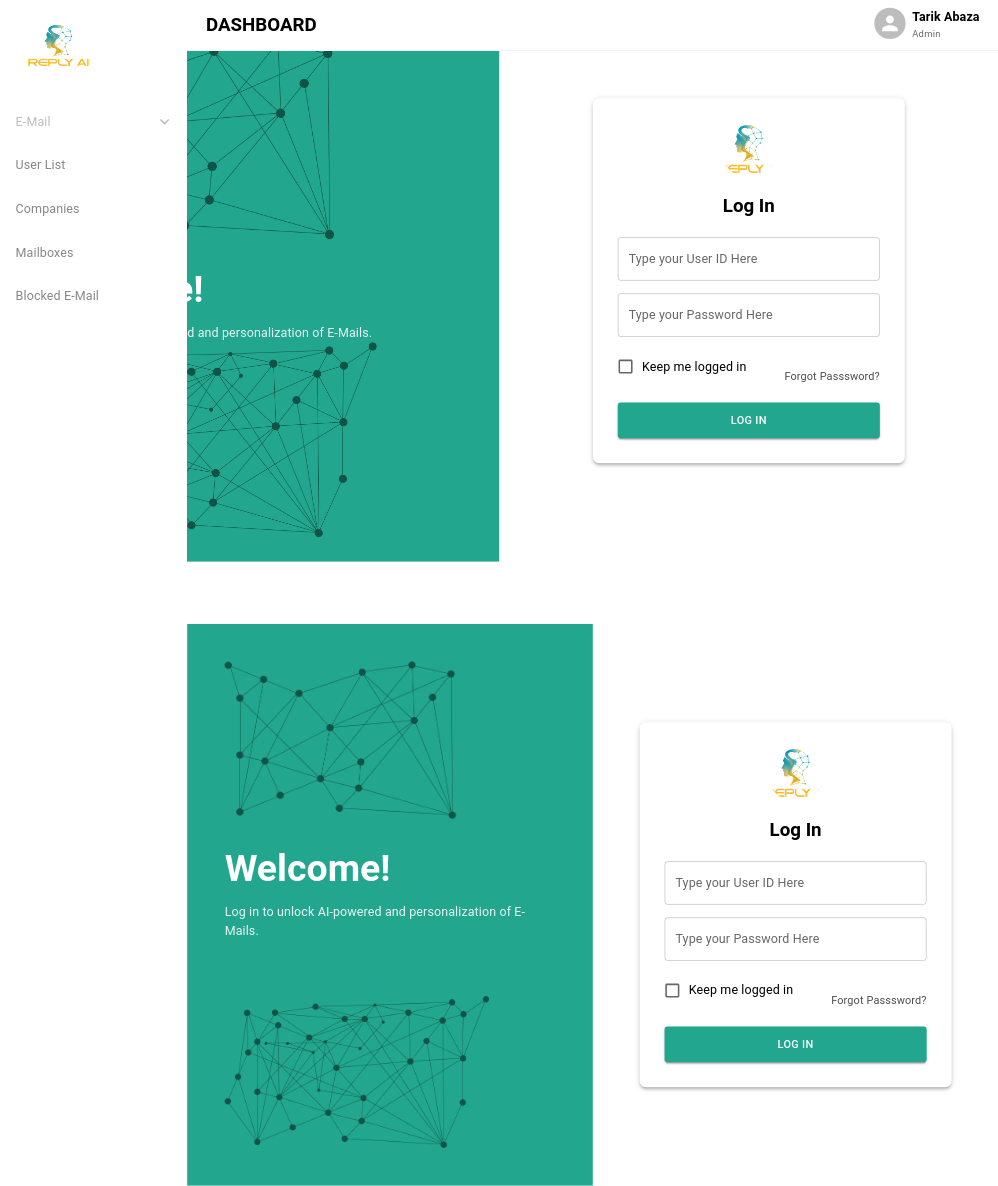
Repository: tsola2002/email-app
Page: /
An editor plug-in stored every save of this project. The page is shown before and after the next save, followed by the edit.
The browser window is 1280 px wide. The pictures show the whole page, at 78% of full size.
The project was rebuilt for these pictures with package versions that can differ from the ones it lists, and the page was loaded fresh each time. Also part of the build but not shown: vite.config.js, src/mail-features/MailPreview.jsx, src/mail-features/MailEditor.jsx, src/mail-features/MailToolBar.jsx, src/MailBox1.jsx, src/Mailboxes.jsx, src/components/CompanyList.jsx, src/Companies.jsx and 5 more.

Above is the page before, as saved 2025-11-26 00:58:43.

### src/main.jsx
import { StrictMode } from 'react'
import { createRoot } from 'react-dom/client'
import './index.css'
// import App from '../../email-app/src/App.jsx'
import App from './App.jsx'


createRoot(document.getElementById('root')).render(
  <StrictMode>
    <App />
  </StrictMode>,
)

### src/App.jsx
 import './App.css'
 import Layout from './Layout'
import { BrowserRouter } from "react-router-dom";
import CompanyList from "./components/CompanyList";
import AppRoutes from './AppRoutes';


function App() {

  return (
    <>
    <BrowserRouter>
      <AppRoutes/>
      <Layout/>
    </BrowserRouter>
    </>
  )
}

export default App

### src/App.css
* {
    box-sizing: border-box;
    transition: all 0.2s ease;
}

body {
    margin: 0;
}

### src/Layout.jsx
// src/components/Layout.jsx
import React, { useState } from "react";
import { Box, Drawer, AppBar, Toolbar, IconButton, Typography, Avatar } from "@mui/material";
import MenuIcon from "@mui/icons-material/Menu";
import { useTheme } from "@mui/material/styles";
import Sidebar from "./Sidebar";
import AppRoutes from "./AppRoutes";
import { useLocation } from "react-router-dom";

const drawerWidth = 240;

export default function Layout() {
  const [mobileOpen, setMobileOpen] = useState(false);
  const theme = useTheme();

  const handleDrawerToggle = () => {
    setMobileOpen(!mobileOpen);
  };

  const pageTitles = {
    "/email": "E-Mail",
    "/mailbox1": "Mailbox 1",
    "/mailbox2": "Mailbox 2",
     "/manualrespond": "Manual Respond To",
    "/users": "User List",
    "/companies": "Companies",
    "/mailboxes":
     "Mailboxes",
    "/blocked": "Blocked E-Mail"
  };

  const location = useLocation();
  const PageHeader = pageTitles[location.pathname] || "DASHBOARD ";

  return (
    <Box sx={{ display: "flex" }}>
      {/* ✅ HEADER */}
      <AppBar
        position="fixed"
        elevation={0}
        sx={{
          backgroundColor: "#fff",
          color: "#000",
          borderBottom: "1px solid #eee",
          width: { md: `calc(100% - ${drawerWidth}px)` },
          ml: { md: `${drawerWidth}px` },
        }}
      >
        <Toolbar>
          <IconButton
            onClick={handleDrawerToggle}
            sx={{ display: { md: "none" }, mr: 2 }}
          >

            <MenuIcon />
          </IconButton>
          <Typography variant="h5" sx={{ fontWeight: 'bold' }}>{PageHeader}</Typography>
          <Box sx={{ ml: "auto", display: "flex" }}>
            <Avatar />
            <Box sx={{ ml: 1 }}>
              <Typography variant="body1" fontWeight={600}>
                Tarik Abaza
              </Typography>
              <Typography variant="caption" color="text.secondary">
                Admin
              </Typography>
            </Box>
          </Box>
        </Toolbar>
      </AppBar>

      {/* ✅ SIDEBAR */}
      <Box
        component="nav"
        sx={{ width: { md: drawerWidth }, flexShrink: { md: 0 } }}
      >

        {/* Mobile Drawer (temporary) */}
        <Drawer
          variant="temporary"
          open={mobileOpen}
          onClose={handleDrawerToggle}
          ModalProps={{ keepMounted: true }}
          sx={{
            display: { xs: "block", md: "none" },
            "& .MuiDrawer-paper": { width: drawerWidth },
          }}
        >

          <Sidebar />
        </Drawer>

        {/* Desktop Drawer (persistent) */}
        <Drawer
          variant="permanent"
          open
          sx={{
            display: { xs: "none", md: "block" },
            "& .MuiDrawer-paper": {
              width: drawerWidth,
              borderRight: "1px solid #eee",
            },
          }}
        >
          <Sidebar />
        </Drawer>
      </Box>

      {/* ✅ MAIN CONTENT */}
      <Box
        component="main"
        sx={{ flexGrow: 1, mt: 10 }}
      >
        <AppRoutes />
      </Box>
    </Box>
  );
}

### src/AppRoutes.jsx
import { Routes, Route } from "react-router-dom";
import Mailbox1 from "./MailBox1";
import Mailboxes from "./Mailboxes";
import Companies from "./Companies";
import LoginPage from "./pages/LoginPage";
import ManualRespond from "./ManualRespond";
import ForgotPassword from "./pages/ForgotPassword";
import EmailDashboard from "./components/EmailDashboard";
import CouldNotRespond from "./CouldNotRespond";
import Companyview2 from "./Companyview2";
// import Mailbox2 from "./Mailbox2";
// import Users from "./Users";
// … your other pages

export default function AppRoutes() {
  return (
    <Routes>
      <Route path="/" element={<LoginPage />} />
      <Route path="/forgot-password" element={<ForgotPassword />} />

      <Route path="/mailbox1" element={<Mailbox1 />} />
      <Route path="/manualrespond" element={<ManualRespond/>} />
      {/* <Route path="/mailbox1" element={<Maunally_resp/>}/> */}

      <Route path="/mailboxes" element={<Mailboxes />} />
      <Route path="/companies" element={<Companies />} />
      <Route path="/email" element={<EmailDashboard />} />
      <Route path="/couldnotrespond" element={<CouldNotRespond/>}/>
      <Route path="/email" element={<Companyview2 />} />

      {/* <Route path="/mailbox2" element={<Mailbox2 />} />

      <Route path="/users" element={<Users />} />

      <Route path="/blocked" element={<Blocked />} /> */}
    </Routes>
  );
}

### src/Sidebar.jsx
import { Box, List, ListItemButton, ListItemText, Collapse } from "@mui/material";
import React, { useState, useEffect } from "react";
import logo from "./assets/image 1.png";
import { NavLink, useLocation } from "react-router-dom";
import ExpandLess from "@mui/icons-material/ExpandLess";
import ExpandMore from "@mui/icons-material/ExpandMore";

const menuItems = [
  {
    label: "E-Mail",
    path: "/email",
    children: [
      { label: "Mailbox 1", path: "/mailbox1" },
      { label: "Mailbox 2", path: "/mailbox2" },
      {label: "ManualRespond", path:"/manualRespond"}
    ]
  },
  { label: "User List", path: "/users" },
  { label: "Companies", path: "/companies" },
  { label: "Mailboxes", path: "/mailboxes" },
  { label: "Blocked E-Mail", path: "/blocked" }
];

function Sidebar() {
  const location = useLocation();
  const [emailOpen, setEmailOpen] = useState(false);

  useEffect(() => {
    if (location.pathname.startsWith("/mailbox")) {
      setEmailOpen(true);
    }
  }, [location.pathname]);

  return (
    <Box >
      {/* Logo */}
      <img src={logo} style={{ width: 150, padding: 30, height: 120 }} />

      <List>
        {menuItems.map((item) => {
          if (item.children) {
            const isParentActive = item.children.some((child) =>
              location.pathname.startsWith(child.path)
            );

            return (
              <Box key={item.label}>
                <ListItemButton
                  onClick={() => setEmailOpen(!emailOpen)}
                  sx={{
                    mb: 1,
                    backgroundColor: isParentActive ? "#D0F5E0" : "transparent",
                    borderLeft: isParentActive
                      ? "4px solid #00BD7E"
                      : "4px solid transparent",
                    color: isParentActive ? "#00BD7E" : "#bdbdbdff"
                  }}
                >
                  <ListItemText primary={item.label} />
                  {emailOpen ? <ExpandLess /> : <ExpandMore />}
                </ListItemButton>

                <Collapse in={emailOpen} timeout="auto" unmountOnExit>
                  <List component="div" disablePadding>
                    {item.children.map((child) => (
                      <NavLink
                        key={child.path}
                        to={child.path}
                        style={{ textDecoration: "none", color: "inherit" }}
                      >
                        {({ isActive }) => (
                          <ListItemButton
                            sx={{
                              ml: 3,
                              mr: 3,
                              pr: 10,
                              mb: 1,
                              borderRadius: "6px",
                              backgroundColor: isActive
                                ? "#D0F5E0"
                                : "transparent",
                              color: isActive ? "#00BD7E" : "#868686ff"
                            }}
                          >
                            <ListItemText primary={child.label} />
                          </ListItemButton>
                        )}
                      </NavLink>
                    ))}
                  </List>
                </Collapse>
              </Box>
            );
          }

          return (
            <NavLink
              key={item.path}
              to={item.path}
              style={{ textDecoration: "none", color: "inherit" }}
            >
              {({ isActive }) => (
                <ListItemButton
                  sx={{
                    mb: 1,
                    borderRadius: "6px",
                    backgroundColor: isActive ? "#D0F5E0" : "transparent",
                    borderLeft: isActive
                      ? "4px solid #00BD7E"
                      : "4px solid transparent",
                    color: isActive ? "#00BD7E" : "inherit"
                  }}
                >
                  <ListItemText primary={item.label} sx={{ color: isActive ? "inherit" : "#868686ff" }} />
                </ListItemButton>
              )}
            </NavLink>
          );
        })}

        <ListItemButton sx={{
          mt: 44,
          height: 44,
          borderRadius: "6px",
          borderLeft: "4px solid #00BD7E",
        }}>
        Log Out</ListItemButton>
      </List>
    </Box>
  );
}

export default Sidebar;

### src/pages/LoginPage.jsx
import React from "react";
import Box from "@mui/material/Box";
import LeftPanel from "../components/LeftPanel";
import LoginForm from "../components/LoginForm";

export default function LoginPage() {
  return (
    <Box
      sx={{
        display: "flex",
        height: "100vh",
      }}
    >
      {/* Left Side */}
      <Box sx={{ width: "50%" }}>
        <LeftPanel />
      </Box>

      {/* Right Side */}
      <Box
        sx={{
          width: "50%",
          display: "flex",
          justifyContent: "center",
          alignItems: "center",
          px: 4,
        }}
      >
        <LoginForm />
      </Box>
    </Box>
  );
}

### src/components/LeftPanel.jsx
import React from "react";
import Box from "@mui/material/Box";
import Typography from "@mui/material/Typography";

// Importing your images correctly
import topArt from "../assets/img1.png";
import bottomArt from "../assets/img2.png";

export default function LeftPanel() {
  return (
    <Box
      sx={{
        height: "100%",
        backgroundColor: "#22A78E",
        color: "#fff",
        display: "flex",
        flexDirection: "column",
        justifyContent: "space-between",
        p: 6,
      }}
    >
      <Box>
        {/* Top Artwork */}
        <Box
          component="img"
          src={topArt}
          alt="Top Artwork"
          sx={{ width: "70%", opacity: 1, filter: "brightness(0.5)" }}
        />

        <Typography variant="h3" sx={{ fontWeight: "bold", mt: 4 }}>
          Welcome!
        </Typography>

        <Typography variant="body1" sx={{ mt: 2, opacity: 0.9 }}>
          Log in to unlock AI-powered and personalization of E-Mails.
        </Typography>
      </Box>

      {/* Bottom Artwork */}
      <Box
        component="img"
        src={bottomArt}
        alt="Bottom Artwork"
        sx={{
          width: "80%",
          opacity: 1,
            filter: "brightness(0.5)",
        }}
      />
    </Box>
  );
}

### src/components/LoginForm.jsx
import React from "react";
import Box from "@mui/material/Box";
import TextField from "@mui/material/TextField";
import Typography from "@mui/material/Typography";
import Checkbox from "@mui/material/Checkbox";
import FormControlLabel from "@mui/material/FormControlLabel";
import Button from "@mui/material/Button";

// Import your logo image
import logo from "../assets/image 1.png";

export default function LoginForm() {
  const handleSubmit = (e) => {
    e.preventDefault();
    console.log("Attempting login...");
  };

  return (
    <Box
      sx={{
        width: "100%",
        maxWidth: 400,
        p: 4,
        boxShadow: 3,
        borderRadius: 2,
      }}
    >
      <Box sx={{ textAlign: "center", mb: 3 }}>
        {/* Logo Image */}
        <Box
          component="img"
          src={logo}
          alt="Login Logo"
          sx={{
            width: 70,
            height: 70,
            borderRadius: "50%",
            objectFit: "cover",
            margin: "0 auto",
            mb: 2,
          }}
        />

        <Typography variant="h5" sx={{ fontWeight: 700 }}>
          Log In
        </Typography>
      </Box>

      <Box component="form" onSubmit={handleSubmit}>
        <TextField
          fullWidth
          label="Type your User ID Here"
          variant="outlined"
          sx={{ mb: 2 }}
        />

        <TextField
          fullWidth
          label="Type your Password Here"
          type="password"
          variant="outlined"
          sx={{ mb: 2 }}
        />

        <Box sx={{ display: "flex", justifyContent: "space-between" }}>
          <FormControlLabel control={<Checkbox />} label="Keep me logged in" />

          <Typography
            variant="body2"
            sx={{ mt: 3, opacity: 0.7, cursor: "pointer" }}
            onClick={() => (window.location.href = "/forgot-password")}
          >
            Forgot Passsword?
          </Typography>
        </Box>

        <Button
          fullWidth
          type="submit"
          variant="contained"
          sx={{
            mt: 3,
            py: 1.3,
            backgroundColor: "#22A78E",
            "&:hover": {
              backgroundColor: "#22A78E",
            },
          }}
        >
          Log In
        </Button>
      </Box>
    </Box>
  );
}

Loaded but not shown: src/index.css (common file)

After the next save:
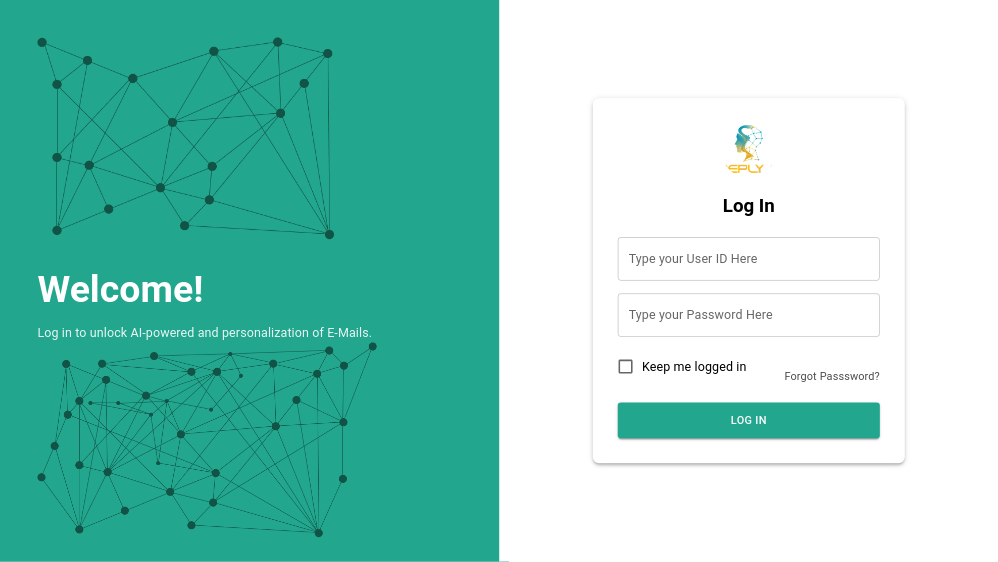
Saved 2 min 44 s later.
--- a/src/App.jsx
+++ b/src/App.jsx
@@ -11,7 +11,7 @@
     <>
     <BrowserRouter>
       <AppRoutes/>
-      <Layout/>
+      {/* <Layout/> */}
     </BrowserRouter>
     </>
   )

After the save that followed:
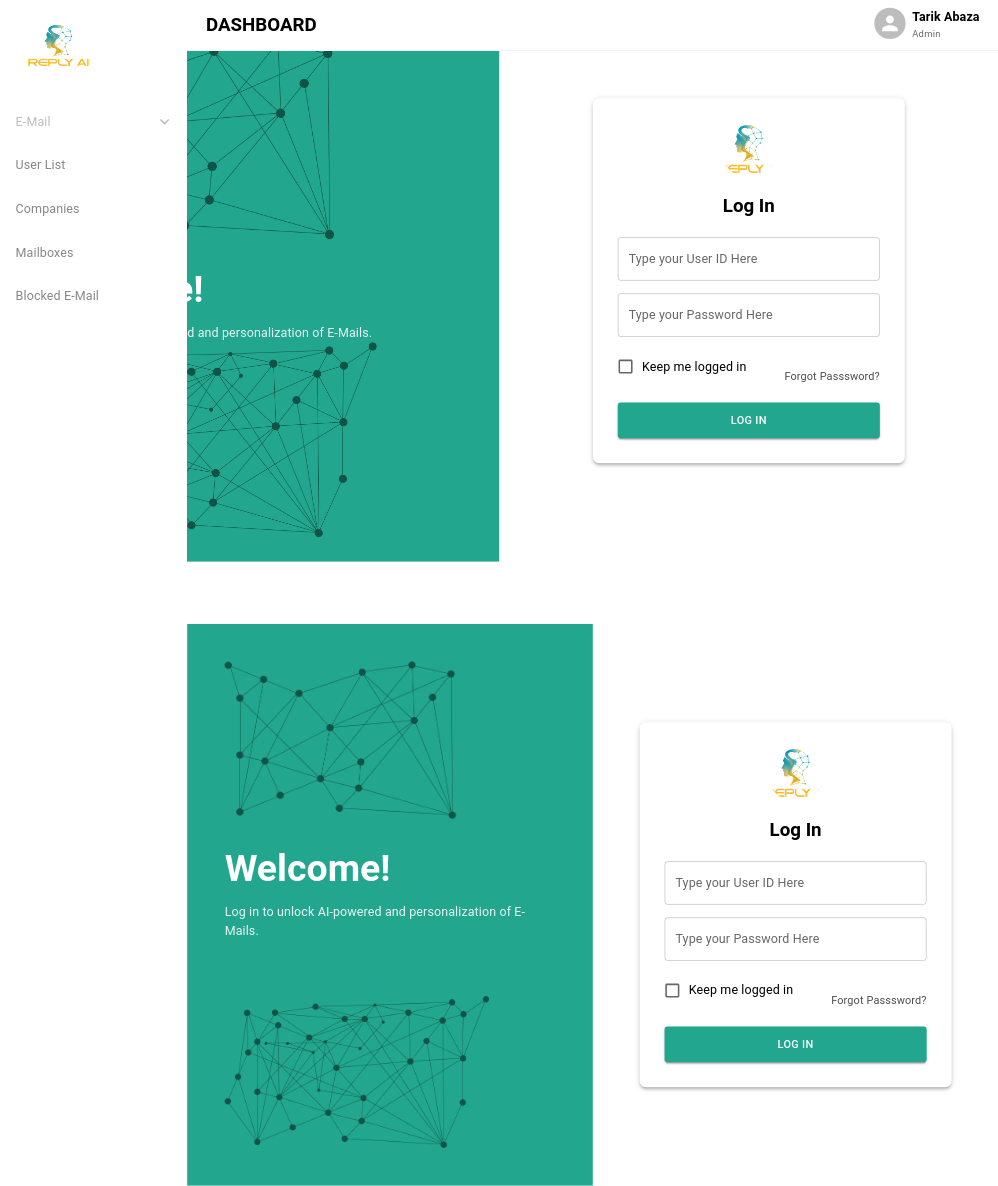
Saved 38 s later.
--- a/src/App.jsx
+++ b/src/App.jsx
@@ -11,7 +11,7 @@
     <>
     <BrowserRouter>
       <AppRoutes/>
-      {/* <Layout/> */}
+      <Layout/>
     </BrowserRouter>
     </>
   )
